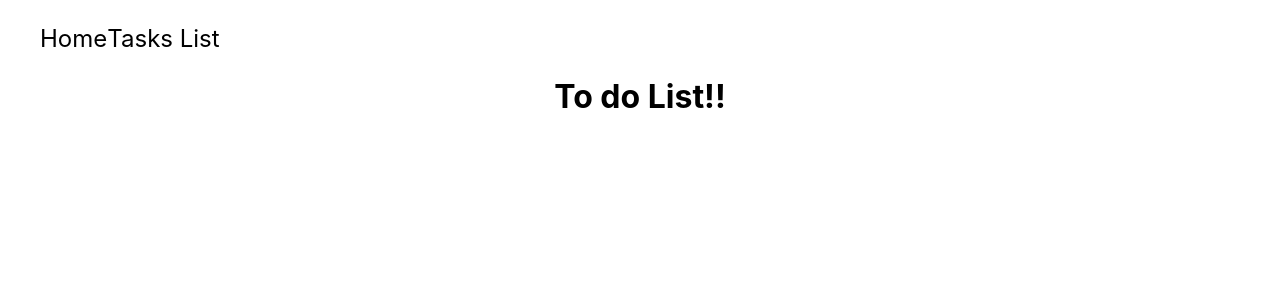
Repository: runner855/abstract_todolist
Page: /
These files come from the project's save history. The page is drawn as it stood at one moment and after the next save; the edit follows.
The browser window is 1280 px wide. The pictures show the whole page.
The project was rebuilt for these pictures with package versions that can differ from the ones it lists, and the page was loaded fresh each time.

Above is the page before, as saved 2022-11-08 15:19:47.

After the next save:
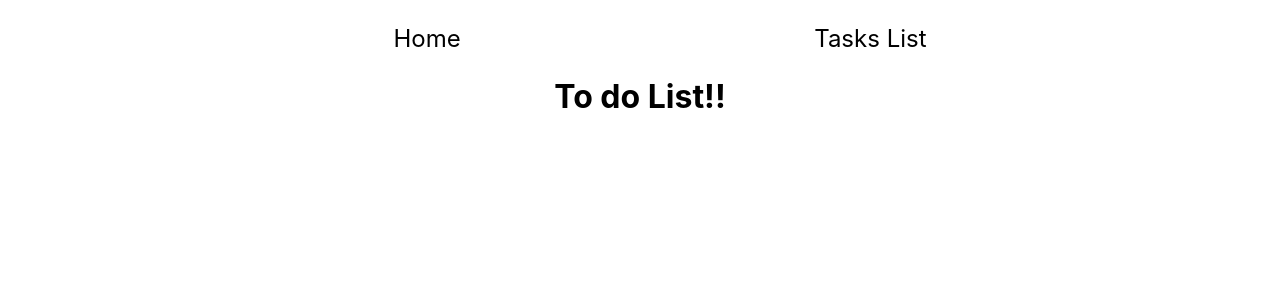
Saved 2 min 45 s later.
--- a/src/Header.css
+++ b/src/Header.css
@@ -3,4 +3,5 @@
    list-style: none;
    font-size: 1.5em;
    display: flex;
+   justify-content: space-evenly;
 }

After the save that followed:
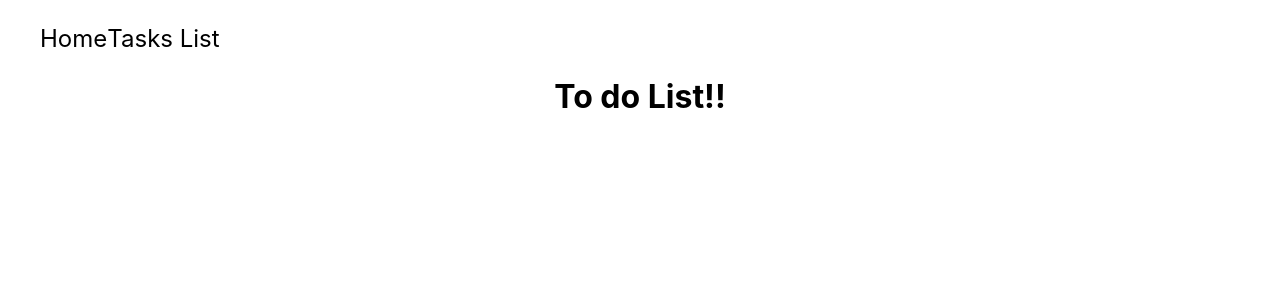
Saved 38 s later.
--- a/src/Header.css
+++ b/src/Header.css
@@ -3,5 +3,5 @@
    list-style: none;
    font-size: 1.5em;
    display: flex;
-   justify-content: space-evenly;
+
 }
